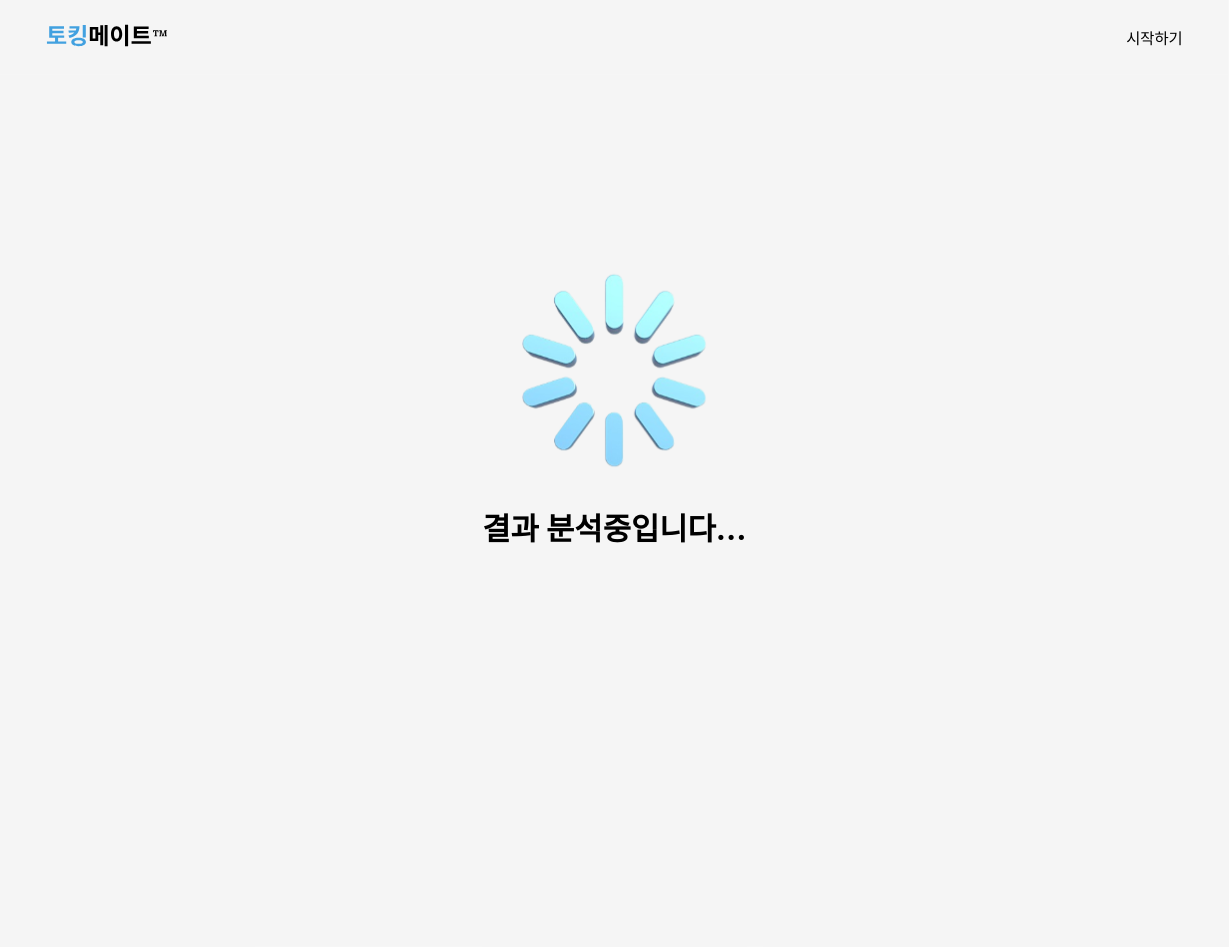
Repository: EduTechProjects/Setting-
Page: /feedback (app in Backend/FrontEnd/)
The author's editor kept a copy of each file at every save. The page is drawn from the files as they stood at one save, then again after a run of saves.
The browser window is 1280 px wide. The pictures show the whole page, at 96% of full size.
The page's requests for data from a server got no answer. The project was rebuilt for these pictures with package versions that can differ from the ones it lists, and the page was loaded fresh each time. No one was signed in, and anything a server would have sent is missing. Also part of the build but not shown: Backend/FrontEnd/src/utils/Palette.js, Backend/FrontEnd/src/components/Common/Button.js, Backend/FrontEnd/src/components/Home/Dropdownlist.js, Backend/FrontEnd/src/components/Home/Dropdown.js, Backend/FrontEnd/src/pages/home.js, Backend/FrontEnd/src/pages/subject.js, Backend/FrontEnd/src/components/Speak/Speaker.js, Backend/FrontEnd/src/utils/Questions.js and 4 more.

Above is the page before, as saved 2023-07-04 16:41:55.

After the next 8 saves:
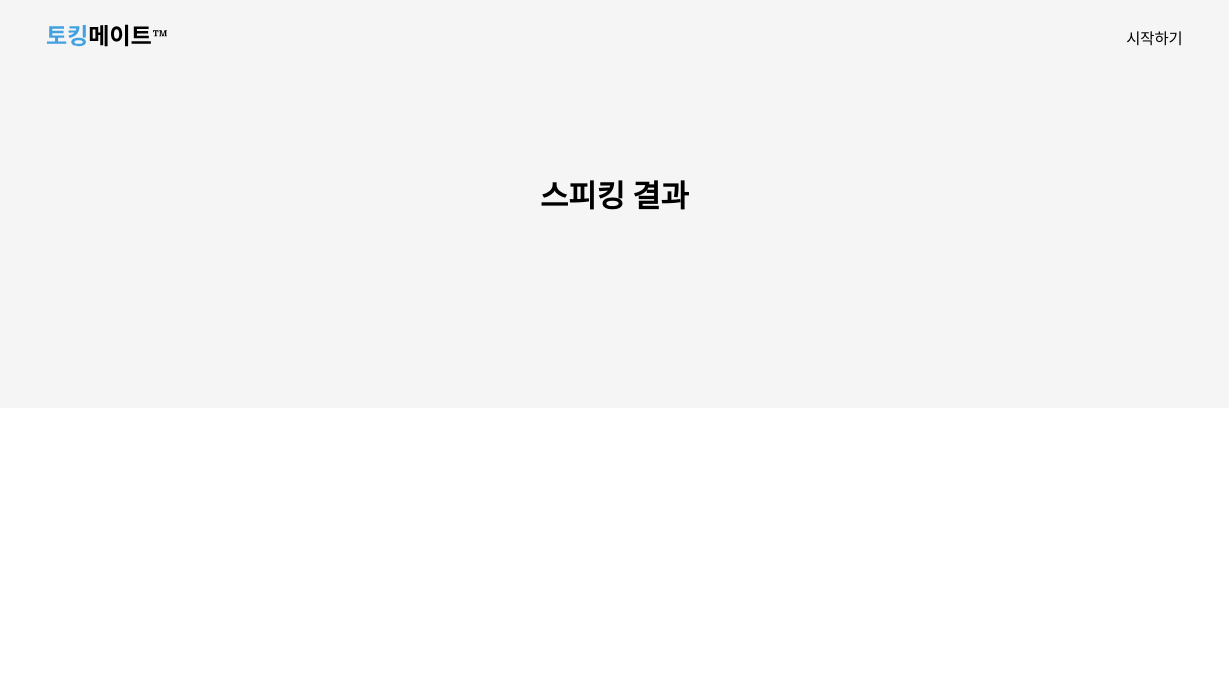
The 8 saves are shown as one change because 2 did not build or start and some came seconds apart.
The last was saved 52 s later.
--- a/Backend/FrontEnd/src/pages/Feedback.js
+++ b/Backend/FrontEnd/src/pages/Feedback.js
@@ -13,9 +13,12 @@ const Feedback = () => {
   const GetResultAPI = async () => {
     setLoading(true);
 
+    try{
     const response = await axios.get("http://localhost:5000/feedback"); // url 넣기
     console.log(response.data, response.status);
-    setData(response.data);
+    setData(response.data);} catch(error) {
+      console.error()
+    }
 
     setLoading(false);
   };
